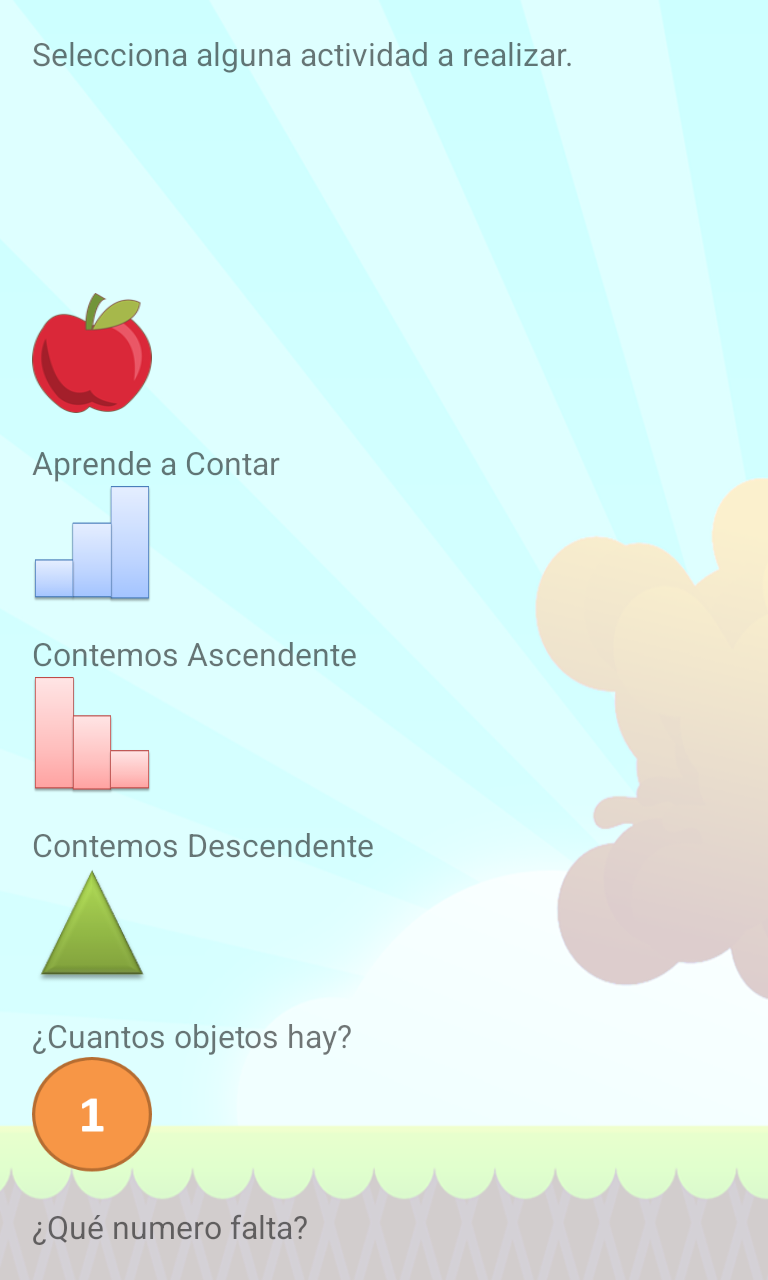
Repository: AntonioloNeviani/ProyectoDeInvestigacion_Android
Layout: FiliiStude/res/layout/activity_indice.xml
The author's editor kept a copy of each file at every save. The layout is drawn from the files as they stood at one save, then again after the next save.
It is drawn on a 768 x 1280 px phone screen (xhdpi) without system bars, with theme AppTheme; the app's code is not run.

Above is the layout before, as saved 2015-05-26 21:30:08.

After the next save:
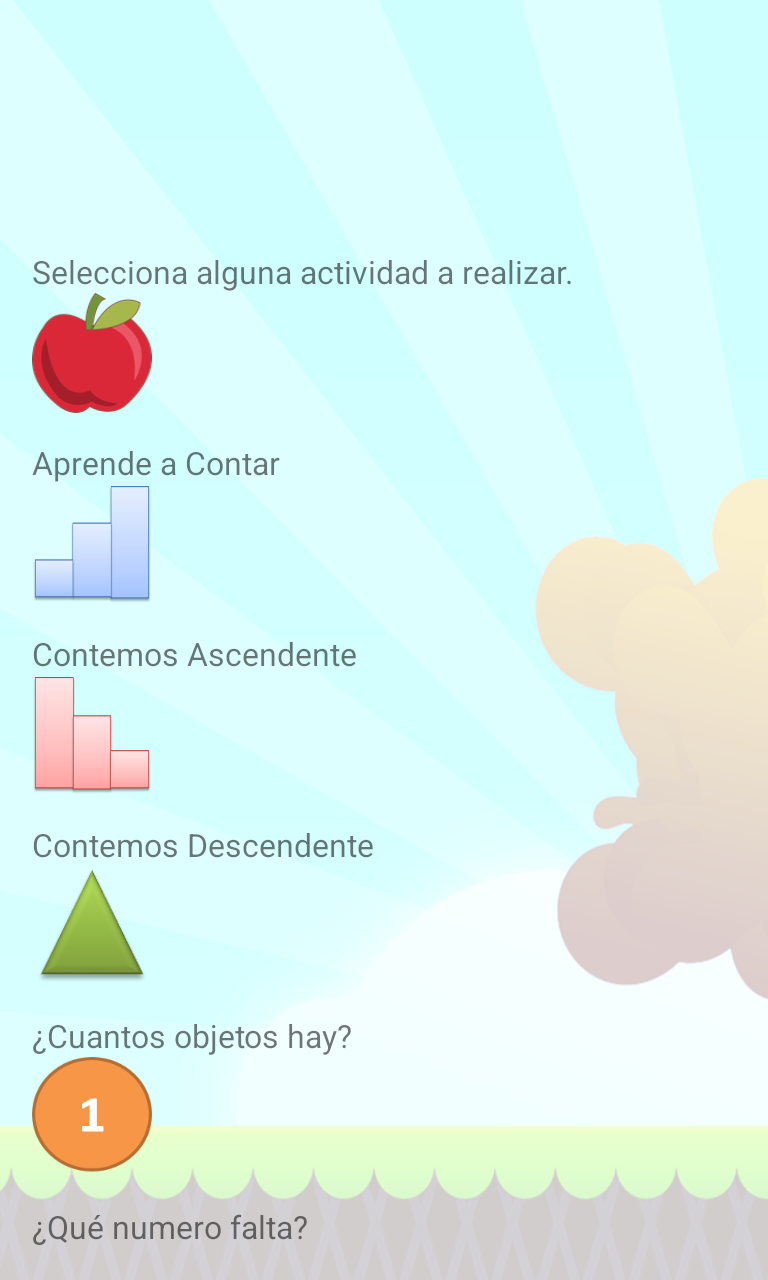
Saved 9 s later.
--- a/FiliiStude/res/layout/activity_indice.xml
+++ b/FiliiStude/res/layout/activity_indice.xml
@@ -8,12 +8,6 @@
     android:paddingRight="@dimen/activity_horizontal_margin"
     android:paddingTop="@dimen/activity_vertical_margin"
     tools:context="com.filii.filiistude.Indice" >
-
-    <TextView
-        android:layout_width="wrap_content"
-        android:layout_height="wrap_content"
-        android:text="Selecciona alguna actividad a realizar."
-        android:textSize="16sp" />
 
     <ScrollView
         android:id="@+id/scrollView1"
@@ -28,6 +22,12 @@
             android:layout_width="match_parent"
             android:layout_height="match_parent"
             android:orientation="vertical" >
+
+            <TextView
+                android:layout_width="wrap_content"
+                android:layout_height="wrap_content"
+                android:text="Selecciona alguna actividad a realizar."
+                android:textSize="16sp" />
 
             <ImageButton
                 android:id="@+id/ContraManzanas"
